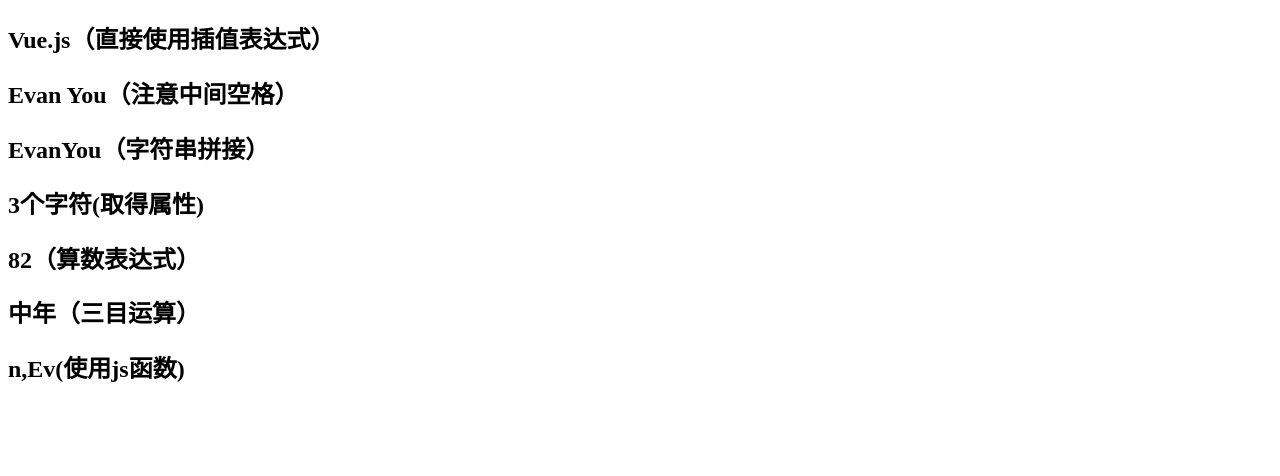
Repository: Gin1217/vueNotes
Page: firstVUE/HTML/quickstart.html
These files come from the project's save history. The page is drawn as it stood at one moment and after the next save; the edit follows.
The browser window is 1280 px wide. The pictures show the whole page.

Above is the page before, as saved 2021-03-10 09:20:45.

After the next save:
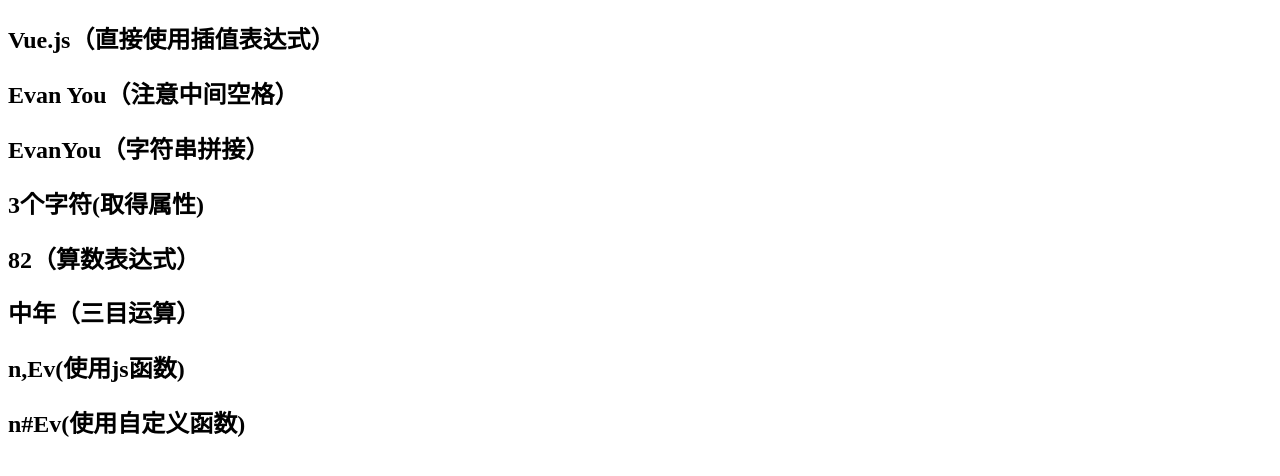
Saved 3 min 9 s later.
--- a/firstVUE/HTML/quickstart.html
+++ b/firstVUE/HTML/quickstart.html
@@ -17,6 +17,8 @@
         <h2>{{age*2}}（算数表达式）</h2>
         <h2>{{age>40? '中年':'青年'}}（三目运算）</h2>
         <h2>{{firstName.split('a').reverse().join(',')}}(使用js函数)</h2>
+        <h2>{{customMethod(firstName)}}(使用自定义函数)</h2>
+        <h2>{{date}}</h2>
     </div>
 
     <!-- 从本地引入vue.js -->
@@ -50,6 +52,11 @@
         //     computed:{
         //     }
 
+        methods: {
+            customMethod(str){
+                return str.split('a').reverse().join('#')
+            }
+        },
 
         })
 
